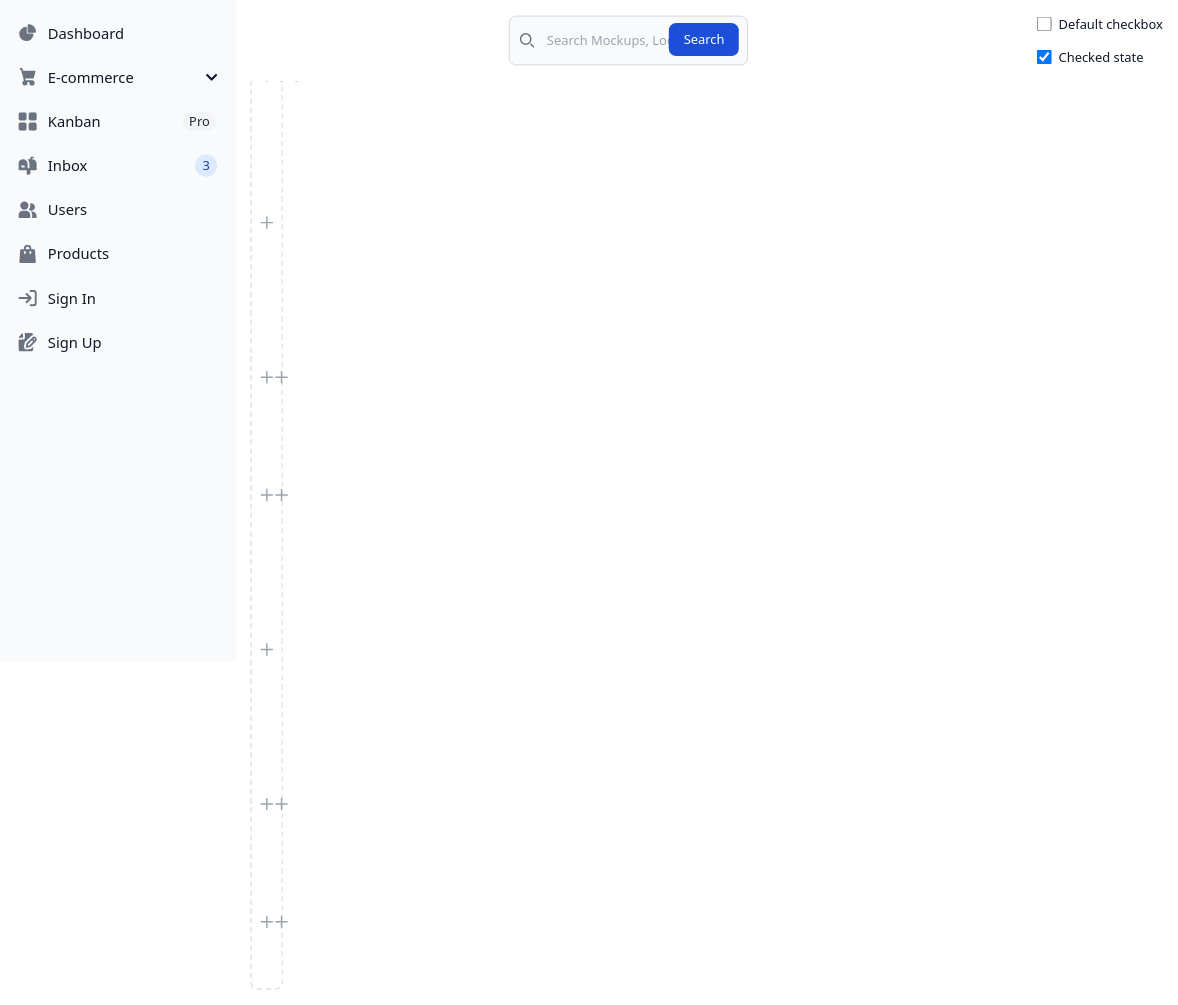
Repository: Yh010/dukaanDashboard
Page: /
An editor plug-in stored every save of this project. The page is shown before and after the next save, followed by the edit.
The browser window is 1280 px wide. The pictures show the whole page, at 92% of full size.
The project was rebuilt for these pictures with package versions that can differ from the ones it lists, and the page was loaded fresh each time. Also part of the build but not shown: vite.config.js, src/App.css.

Above is the page before, as saved 2024-01-21 15:22:34.

After the next save:
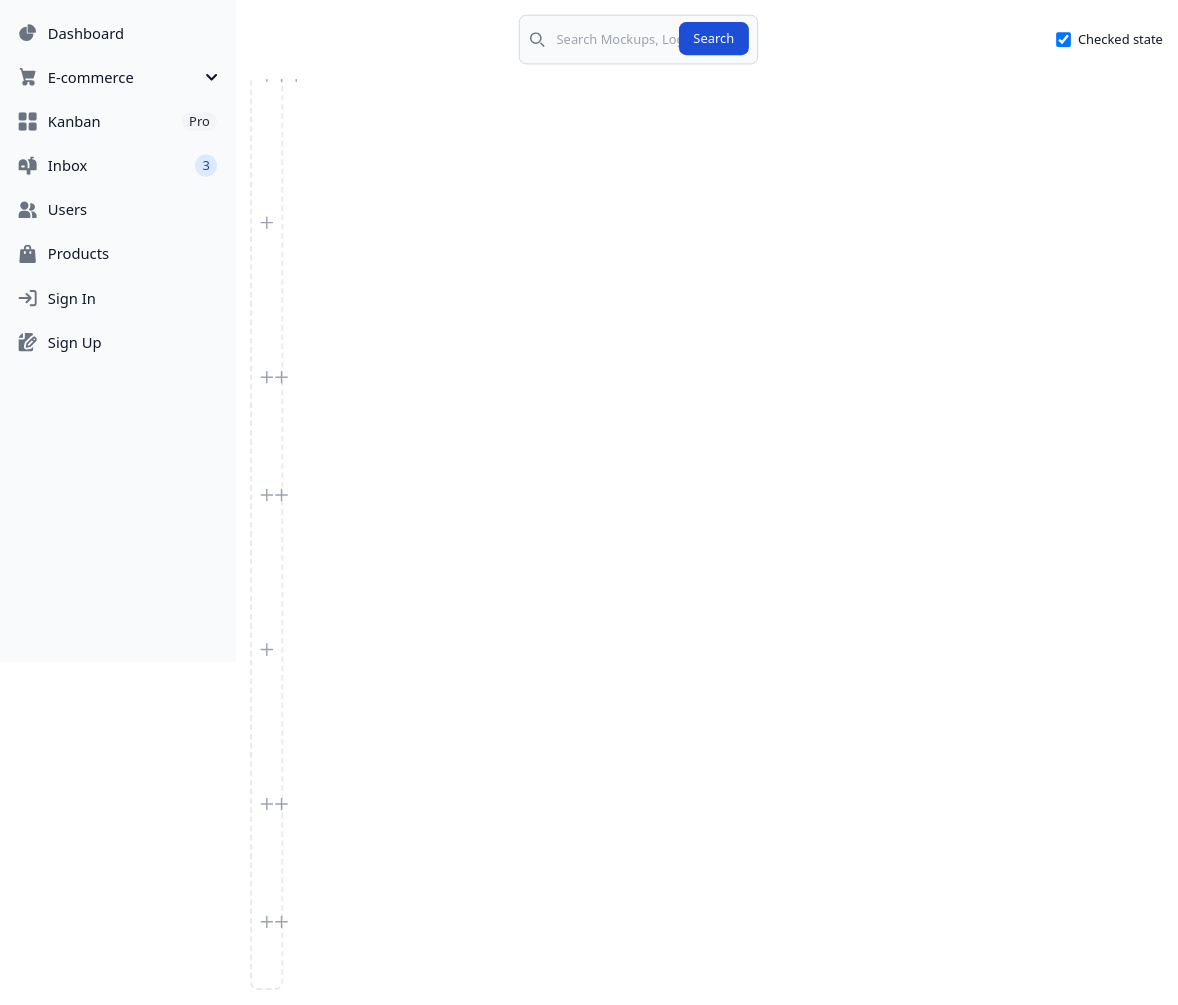
Saved 16 s later.
--- a/src/components/navbar.jsx
+++ b/src/components/navbar.jsx
@@ -28,10 +28,7 @@ export default function Navbar() {
 
                     <div>
 
-<div className="flex items-center mb-4">
-    <input id="default-checkbox" type="checkbox" value="" className="w-4 h-4 text-blue-600 bg-gray-100 border-gray-300 rounded focus:ring-blue-500 dark:focus:ring-blue-600 dark:ring-offset-gray-800 focus:ring-2 dark:bg-gray-700 dark:border-gray-600"/>
-    <label htmlFor="default-checkbox" className="ms-2 text-sm font-medium text-gray-900 dark:text-gray-300">Default checkbox</label>
-</div>
+
 <div className="flex items-center">
     <input checked id="checked-checkbox" type="checkbox" value="" className="w-4 h-4 text-blue-600 bg-gray-100 border-gray-300 rounded focus:ring-blue-500 dark:focus:ring-blue-600 dark:ring-offset-gray-800 focus:ring-2 dark:bg-gray-700 dark:border-gray-600"/>
     <label htmlFor="checked-checkbox" className="ms-2 text-sm font-medium text-gray-900 dark:text-gray-300">Checked state</label>
